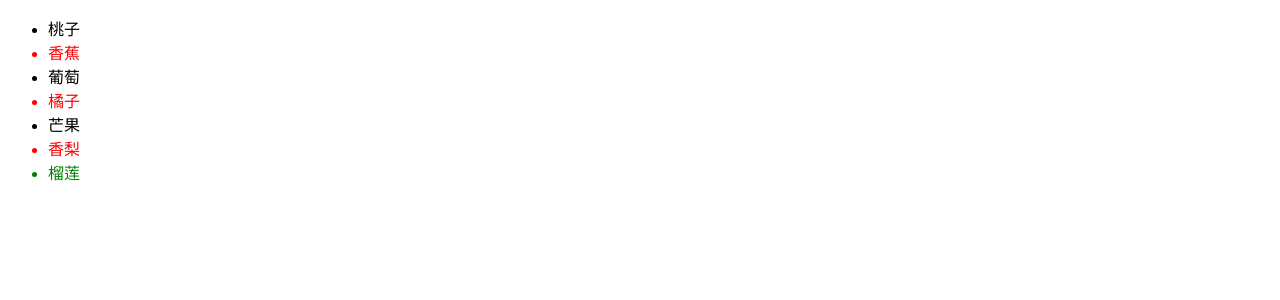
Repository: yanran12345/02-common-knowledge
Page: 02 css样式/01 sass样式.html
The author's editor kept a copy of each file at every save. The page is drawn from the files as they stood at one save, then again after the next save.
The browser window is 1280 px wide. The pictures show the whole page.

Above is the page before, as saved 2021-06-25 15:19:33.

### 02 css样式/01 sass样式.html
<!DOCTYPE html>
<html lang="en">
<head>
  <meta charset="UTF-8">
  <meta http-equiv="X-UA-Compatible" content="IE=edge">
  <meta name="viewport" content="width=device-width, initial-scale=1.0">
  <title>Document</title>
</head>
<style>
  /* n从0开始 偶数2n 奇数2n-1 开始3个 -n+3 */
  .item:nth-child(2n) {
    color: red;
  }
  .item:last-child {
    color: green;
  }
  /* 清楚浮动 */
  .clearfix::after{
    zoom:1;
    content: '';
    height: 0;
    line-height: 0;
    display: block;
    clear: both;
    visibility: hidden;
  }
</style>
<body>
  <div class="contentWrap">
    <ul class="fruits">
      <li class="item">桃子</li>
      <li class="item">香蕉</li>
      <li class="item">葡萄</li>
      <li class="item">橘子</li>
      <li class="item">芒果</li>
      <li class="item">香梨</li>
      <li class="item">榴莲</li>
    </ul>
  </div>
</body>
</html>

After the next save:
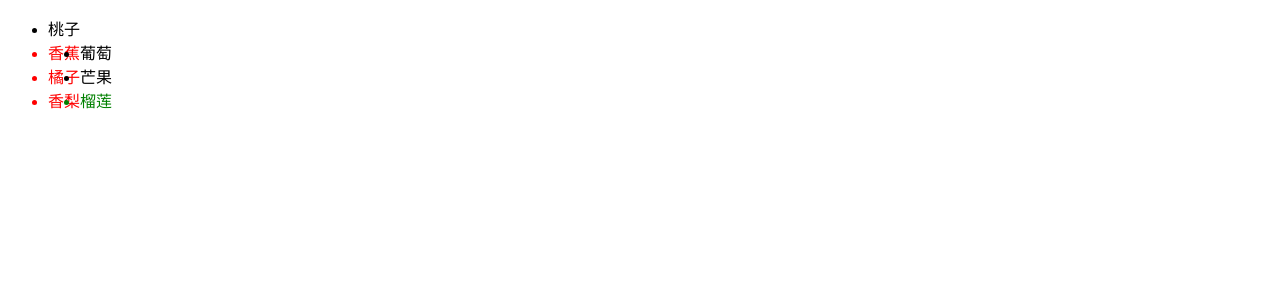
Saved 2 min 8 s later.
--- a/02 css样式/01 sass样式.html
+++ b/02 css样式/01 sass样式.html
@@ -9,6 +9,7 @@
 <style>
   /* n从0开始 偶数2n 奇数2n-1 开始3个 -n+3 */
   .item:nth-child(2n) {
+    float: left;
     color: red;
   }
   .item:last-child {
